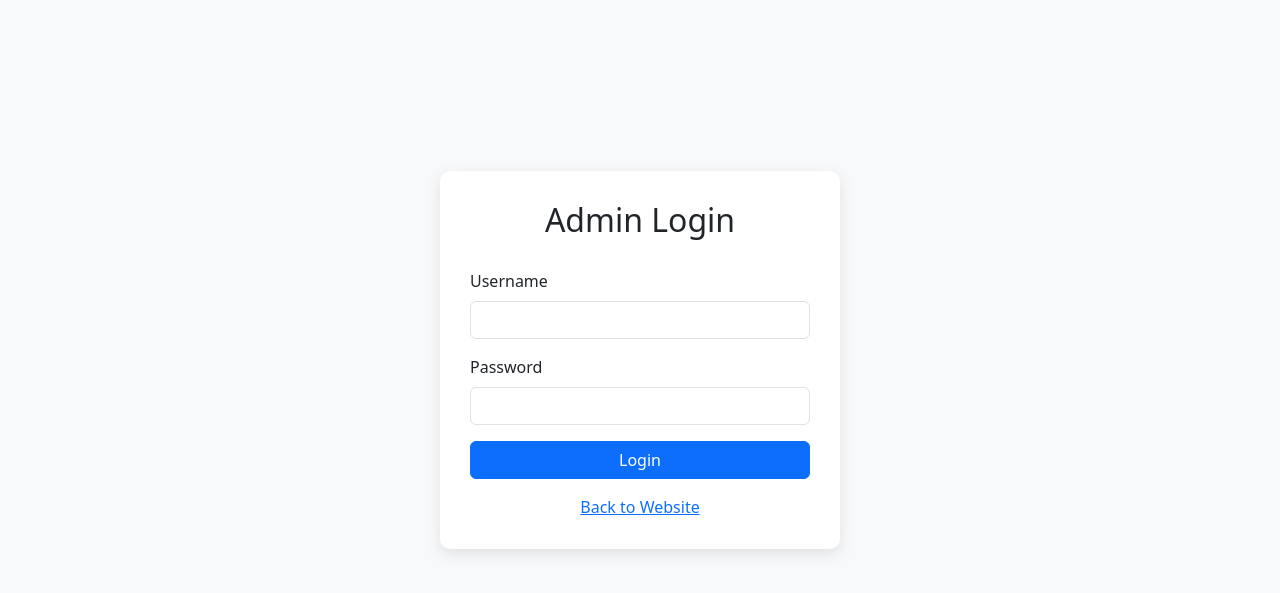
Repository: faridfirdaus-fred/portfolio-pweb
Page: http://localhost/admin/login.php
An editor plug-in stored every save of this project. The page is shown before and after the next save, followed by the edit.
The browser window is 1280 px wide. The pictures show the whole page.
The page is run by PHP 8.4 with error messages shown; the project is at /var/www/html/.

Above is the page before, as saved 2025-05-12 16:09:47.

### admin/login.php
<?php
session_start();

// Check if already logged in
if (isset($_SESSION['admin_logged_in']) && $_SESSION['admin_logged_in'] === true) {
    header("Location: index.php");
    exit;
}

// Include database configuration
require_once '../php/config.php';

$error = '';

// Check if form is submitted
if ($_SERVER["REQUEST_METHOD"] == "POST") {
    // Sanitize and validate input
    $username = trim($_POST['username']);
    $password = trim($_POST['password']);

    if (!empty($username) && !empty($password)) {
        // Prepare SQL statement to prevent SQL injection
        $stmt = $conn->prepare("SELECT * FROM admin WHERE username = ?");
        $stmt->bind_param("s", $username);
        $stmt->execute();
        $result = $stmt->get_result();

        if ($result->num_rows == 1) {
            $user = $result->fetch_assoc();

            // Verify password
            if (password_verify($password, $user['password'])) {
                // Set session
                $_SESSION['admin_logged_in'] = true;
                $_SESSION['admin_id'] = $user['id'];
                $_SESSION['admin_username'] = $user['username'];

                // Redirect to dashboard
                header("Location: index.php");
                exit;
            } else {
                $error = "Invalid password. Please try again.";
            }
        } else {
            $error = "Invalid username. Please try again.";
        }

        $stmt->close();
    } else {
        $error = "Please fill in both fields.";
    }
}
?>

<!DOCTYPE html>
<html lang="en">
<head>
    <meta charset="UTF-8">
    <meta name="viewport" content="width=device-width, initial-scale=1.0">
    <title>Admin Login</title>
    <!-- Bootstrap CSS -->
    <link href="https://cdn.jsdelivr.net/npm/bootstrap@5.3.0/dist/css/bootstrap.min.css" rel="stylesheet">
    <style>
        body {
            background-color: #f8f9fa;
            height: 100vh;
            display: flex;
            align-items: center;
            justify-content: center;
        }
        .login-form {
            max-width: 400px;
            width: 100%;
            padding: 30px;
            background-color: white;
            border-radius: 10px;
            box-shadow: 0 5px 15px rgba(0, 0, 0, 0.1);
        }
        .login-logo {
            text-align: center;
            margin-bottom: 30px;
        }
    </style>
</head>
<body>
    <div class="login-form">
        <div class="login-logo">
            <h2>Admin Login</h2>
        </div>

        <?php if (!empty($error)): ?>
            <div class="alert alert-danger"><?php echo htmlspecialchars($error); ?></div>
        <?php endif; ?>

        <form method="post" action="<?php echo htmlspecialchars($_SERVER["PHP_SELF"]); ?>">
            <div class="mb-3">
                <label for="username" class="form-label">Username</label>
                <input type="text" class="form-control" id="username" name="username" required>
            </div>
            <div class="mb-3">
                <label for="password" class="form-label">Password</label>
                <input type="password" class="form-control" id="password" name="password" required>
            </div>
            <button type="submit" class="btn btn-primary w-100">Login</button>
        </form>

        <div class="mt-3 text-center">
            <a href="../index.html">Back to Website</a>
        </div>
    </div>

    <!-- Bootstrap JS -->
    <script src="https://cdn.jsdelivr.net/npm/bootstrap@5.3.0/dist/js/bootstrap.bundle.min.js"></script>
</body>
</html>

### php/config.php
<?php
// Database configuration
$host = "localhost";
$username = "root";
$password = "";
$database = "portfolio_db";

// Create database connection
$conn = new mysqli($host, $username, $password, $database);

// Check connection
if ($conn->connect_error) {
    die("Connection failed: " . $conn->connect_error);
}
?>

After the next save:
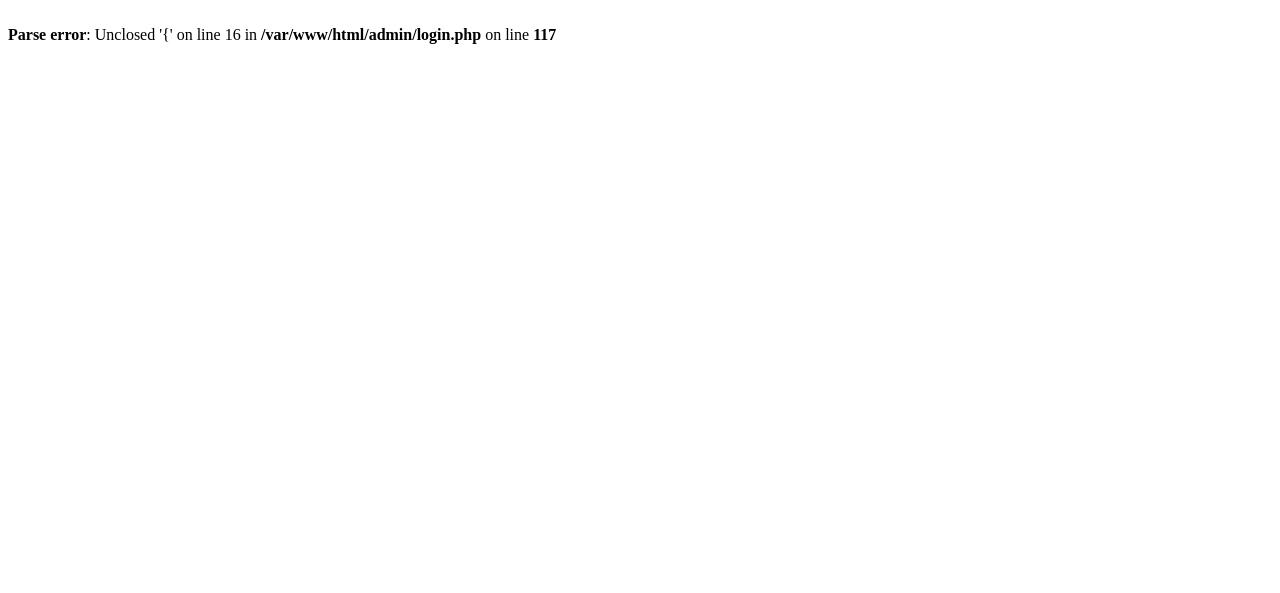
Saved 20 s later.
--- a/admin/login.php
+++ b/admin/login.php
@@ -28,8 +28,9 @@
         if ($result->num_rows == 1) {
             $user = $result->fetch_assoc();
 
-            // Verify password
+            // Debugging: Check password and hash
             if (password_verify($password, $user['password'])) {
+                echo "Password verified!";
                 // Set session
                 $_SESSION['admin_logged_in'] = true;
                 $_SESSION['admin_id'] = $user['id'];
@@ -39,9 +40,11 @@
                 header("Location: index.php");
                 exit;
             } else {
+                echo "Password mismatch!";
                 $error = "Invalid password. Please try again.";
             }
         } else {
+            echo "User not found!";
             $error = "Invalid username. Please try again.";
         }
 
@@ -49,7 +52,6 @@
     } else {
         $error = "Please fill in both fields.";
     }
-}
 ?>
 
 <!DOCTYPE html>

After the save that followed:
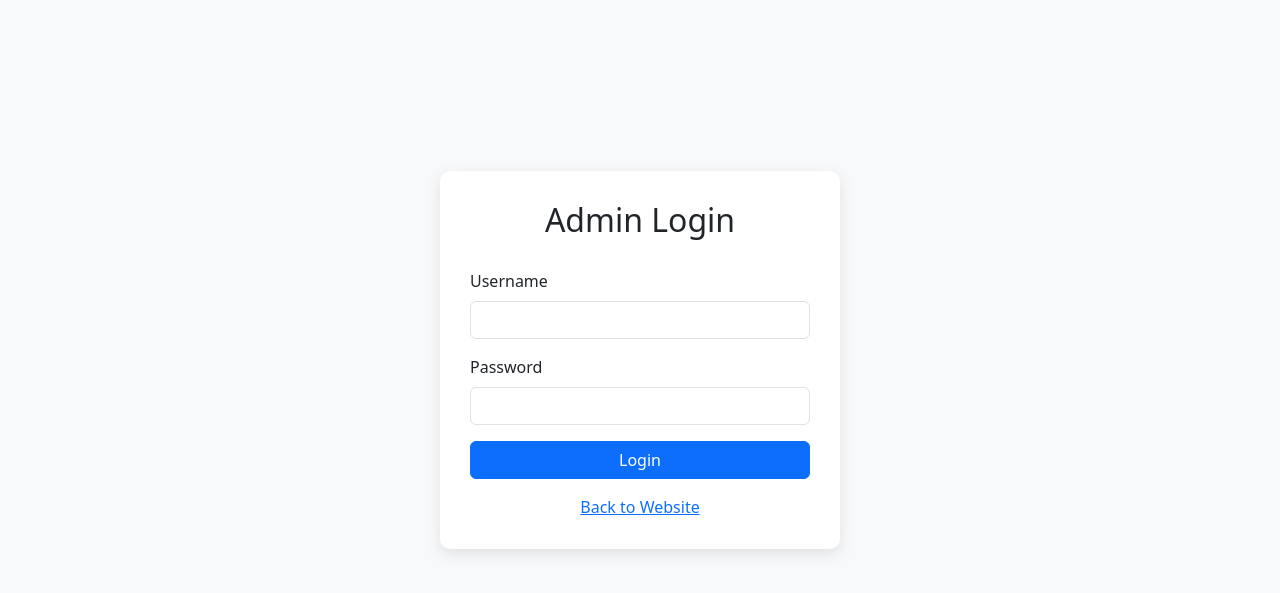
Saved 35 s later.
--- a/admin/login.php
+++ b/admin/login.php
@@ -28,9 +28,8 @@
         if ($result->num_rows == 1) {
             $user = $result->fetch_assoc();
 
-            // Debugging: Check password and hash
+            // Verify password
             if (password_verify($password, $user['password'])) {
-                echo "Password verified!";
                 // Set session
                 $_SESSION['admin_logged_in'] = true;
                 $_SESSION['admin_id'] = $user['id'];
@@ -40,11 +39,9 @@
                 header("Location: index.php");
                 exit;
             } else {
-                echo "Password mismatch!";
                 $error = "Invalid password. Please try again.";
             }
         } else {
-            echo "User not found!";
             $error = "Invalid username. Please try again.";
         }
 
@@ -52,6 +49,7 @@
     } else {
         $error = "Please fill in both fields.";
     }
+}
 ?>
 
 <!DOCTYPE html>
